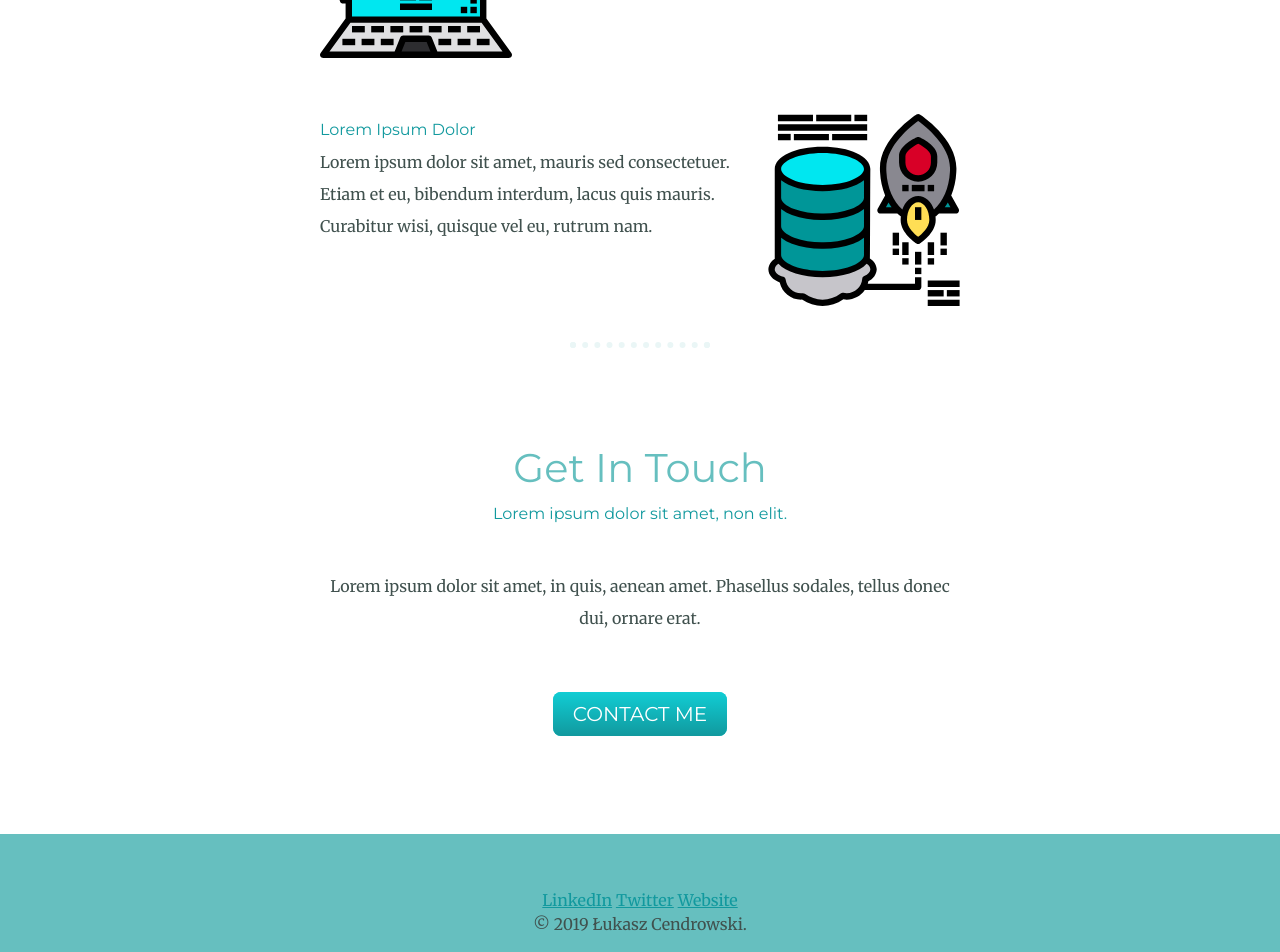
Repository: Isanderr/simple_landing_page-1
Page: index.html
These files come from the project's save history. The page is drawn as it stood at one moment and after the next save; the edit follows.
The browser window is 1280 px wide. The pictures show the part of the page from y = 1448 to 2400 px (the page is 2400 px tall before and 2365 px after).
A picture or video elsewhere on the page could not be fetched, so the positions and the page height are approximate.

Above is the page before, as saved 2019-02-01 18:00:38.

After the next save:
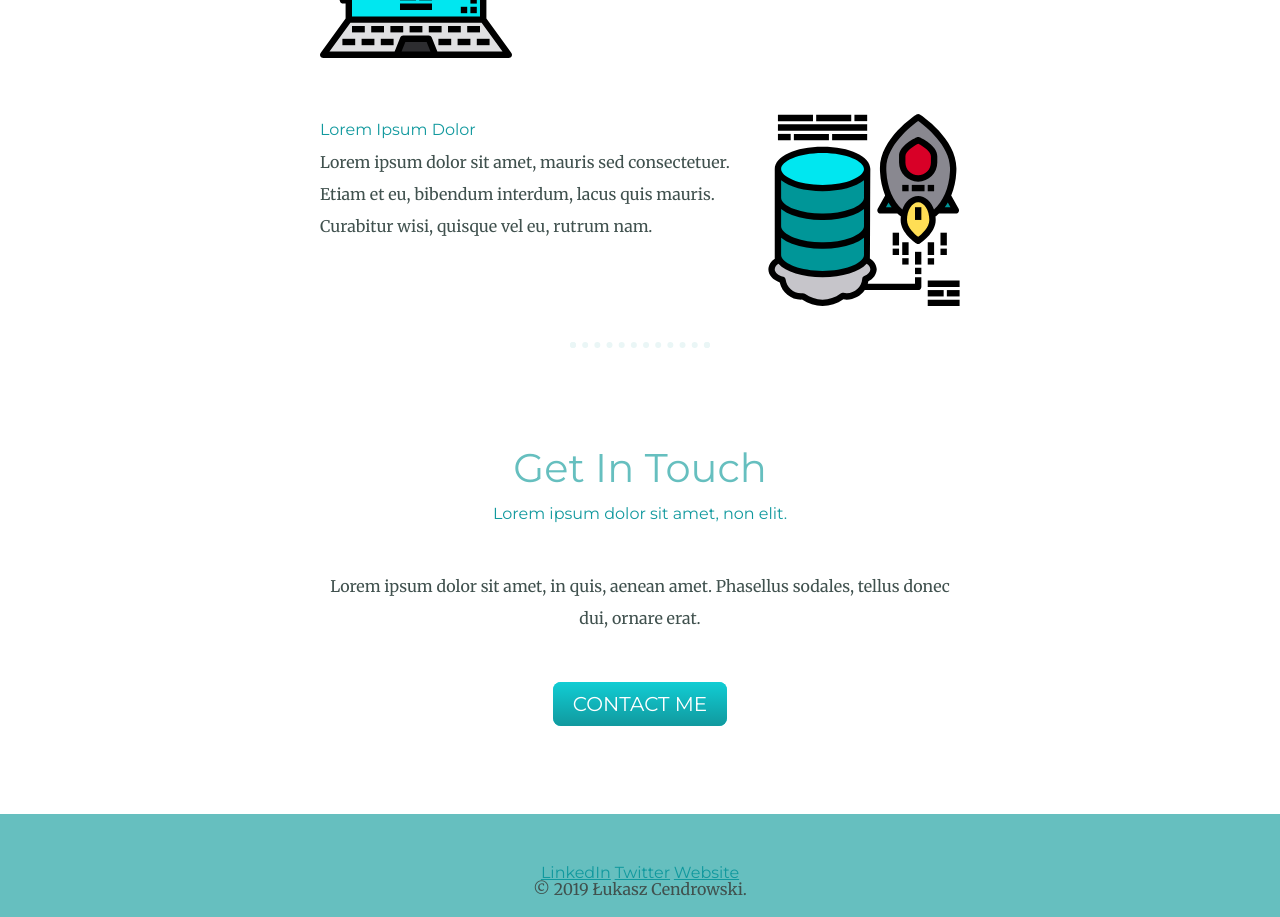
Saved 14 s later.
--- a/css/styles.css
+++ b/css/styles.css
@@ -37,7 +37,7 @@ hr {
 
 a {
     color: #11999E;
-    line-height: 2;
+    font-family: 'Montserrat', sans-serif;
 }
 
 
